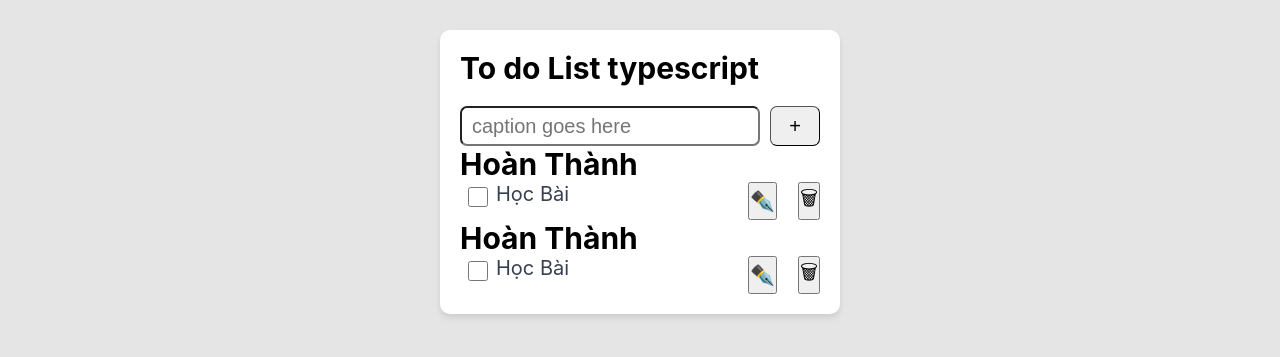
Repository: hungdomanh95/focus
Page: /
An editor plug-in stored every save of this project. The page is shown before and after the next save, followed by the edit.
The browser window is 1280 px wide. The pictures show the whole page.
The project was rebuilt for these pictures with package versions that can differ from the ones it lists, and the page was loaded fresh each time.

Above is the page before, as saved 2023-04-06 23:43:19.

After the next save:
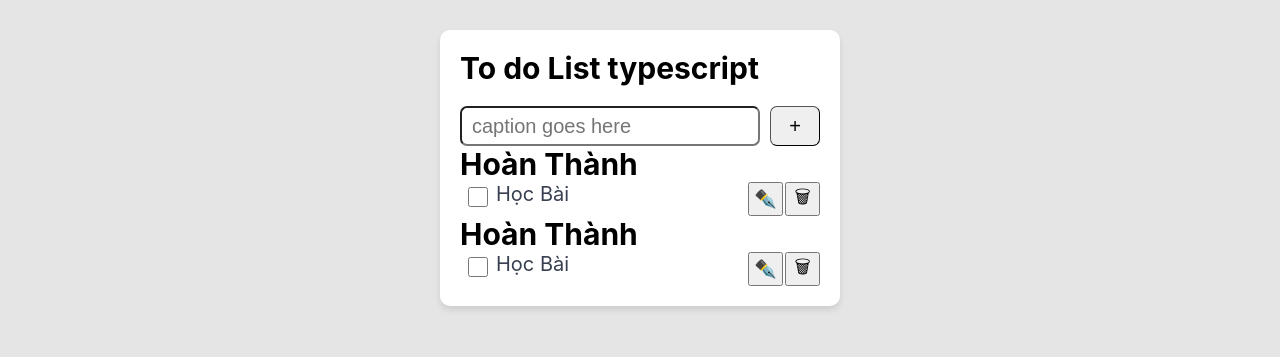
Saved 34 s later.
--- a/src/components/TaskList/taskList.module.scss
+++ b/src/components/TaskList/taskList.module.scss
@@ -31,3 +31,8 @@
   display: flex;
   justify-content: space-between;
 }
+.taskBtn{
+  flex:0 0 3.5rem;
+  max-width: 3.5rem;
+  font-size: 1.8rem;
+}
